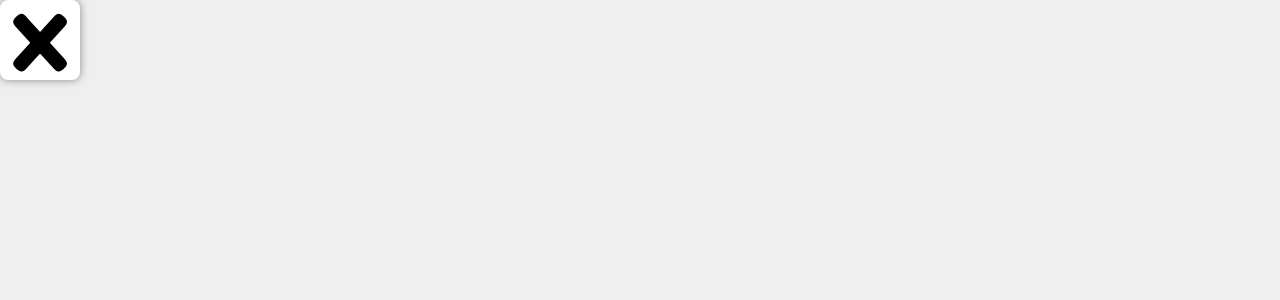
Repository: Seva2705/tic-tac-toe.github.io
Page: /
These files come from the project's save history. The page is drawn as it stood at one moment and after a run of saves; the edit follows.
The browser window is 1280 px wide. The pictures show the whole page.
The project was rebuilt for these pictures with package versions that can differ from the ones it lists, and the page was loaded fresh each time.

Above is the page before, as saved 2023-04-04 16:56:11.

After the next 2 saves:
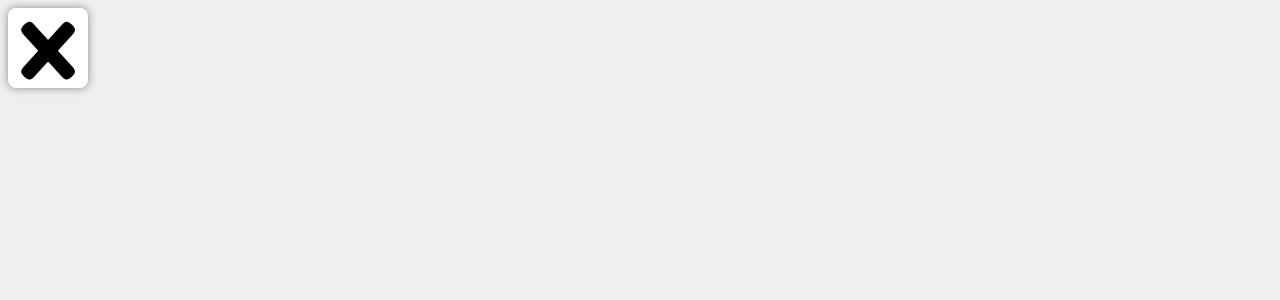
The 2 saves are shown as one change because they came seconds apart.
The last was saved 7 s later.
--- a/src/components/Box.css
+++ b/src/components/Box.css
@@ -10,6 +10,7 @@
     font-family: 'Fredoka', sans-serif;
     font-weight: bold;
     line-height: 5rem;
-    margin: 0.rem
+    margin: 0.5rem;
+
 
 }
